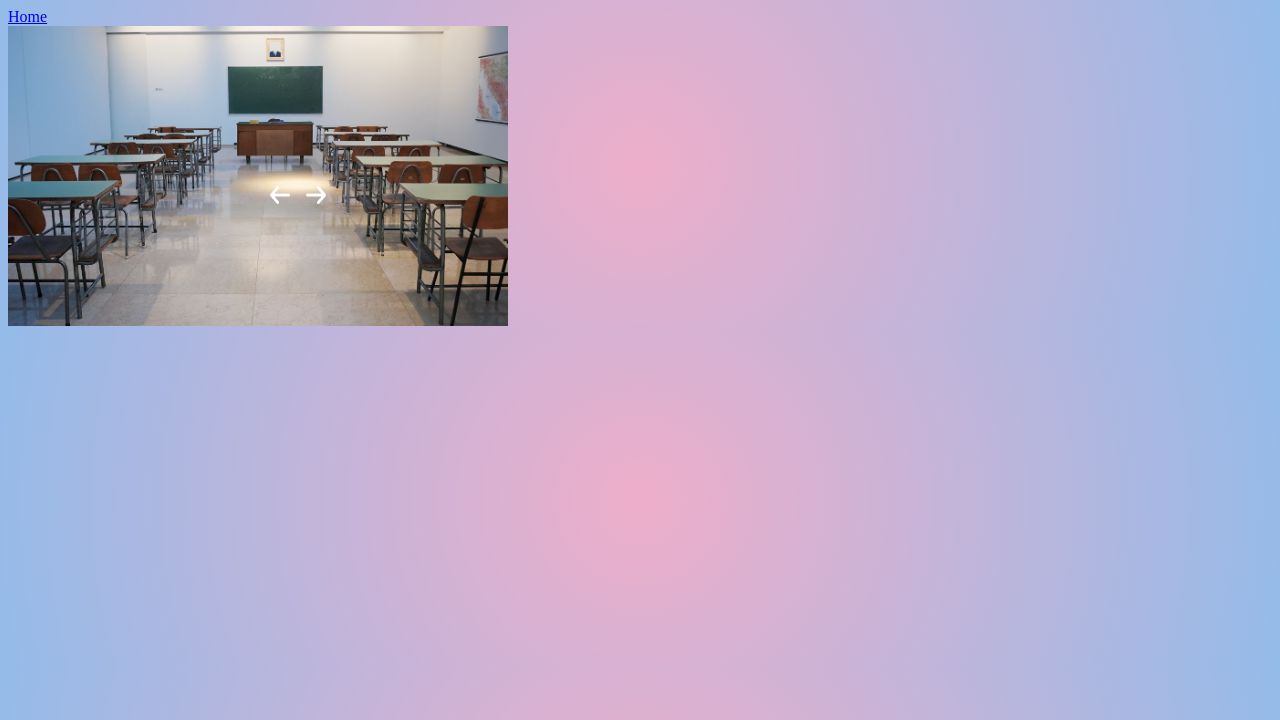
Repository: juliet-jskim/week-8-useEffect-carousel
Page: /carouselPage
These files come from the project's save history. The page is drawn as it stood at one moment and after the next save; the edit follows.
The browser window is 1280 px wide. The pictures show the whole page.
The project was rebuilt for these pictures with package versions that can differ from the ones it lists, and the page was loaded fresh each time. The framework's server and built-in components were replaced by stand-ins that run in the browser. Also part of the build but not shown: next.config.js, styles/CarouselPage.module.css.

Above is the page before, as saved 2023-02-20 23:35:13.

### pages/carouselPage.js
import Link from "next/link"
import Carousel from "@/components/carousel"
import styles from "@/styles/CarouselPage.module.css"

export default function CarouselPage() {
    return (
        <>
        <Link href="/">Home</Link>
        <Carousel/>
        </>
    )
}

### styles/globals.css
:root {
  /** add colors you want to add to all the pages here**/
  background: rgb(238,174,202);
  background: radial-gradient(circle, rgba(238,174,202,1) 0%, rgba(148,187,233,1) 100%);

}

### components/carousel/index.js
import Image from "next/image"
import { useState } from "react"
import styles from '@/components/carousel/Carousel.module.css'

export default function Carousel() {
    const[img, setImg] = useState(0);

    const changeImage = (change) => {
        if(change == "backward") {
            setImg(img - 1);

            if (img == 0) {
                setImg(5); //this will go back to the last image, into a "loop"
            }
            console.log(img);
        } else if (change =="forward") {
            setImg(img + 1);

            if (img == 5) {
                setImg(0) //will go back to the first image into a "loop"
            }
             console.log(img);
        }
    }

    return(
    <>
        <div style={{
                        backgroundImage:"url(/carousel-images/" + img + ".jpg)", // concatenate method
                        backgroundSize:'cover',
                        backgroundRepeat:"no-repeat",
                        width: 500,
                        height: 300
        }}>
            <div className={styles.arrows}>
            <Image
                src={"/icons/leftArrow.png"}
                alt={"/icons/leftArrow.png"}
                width= {20}
                height= {18}
                onClick={() => changeImage("backward")}
            />

            <Image
                src={"/icons/rightArrow.png"}
                alt={"/icons/rightArrow.png"}
                width= {20}
                height= {18}
                onClick={() => changeImage("forward")}
            />
            </div>

        </div>
    </>
    )
}

### components/carousel/Carousel.module.css
.arrows{
    display: flex;
    flex-direction: row;
    justify-content: center;
    gap: 1rem;
    padding-top: 10rem;
    margin-left: 5rem;
}

Loaded but not shown: pages/_app.js (common file); pages/_document.js (common file)

After the next save:
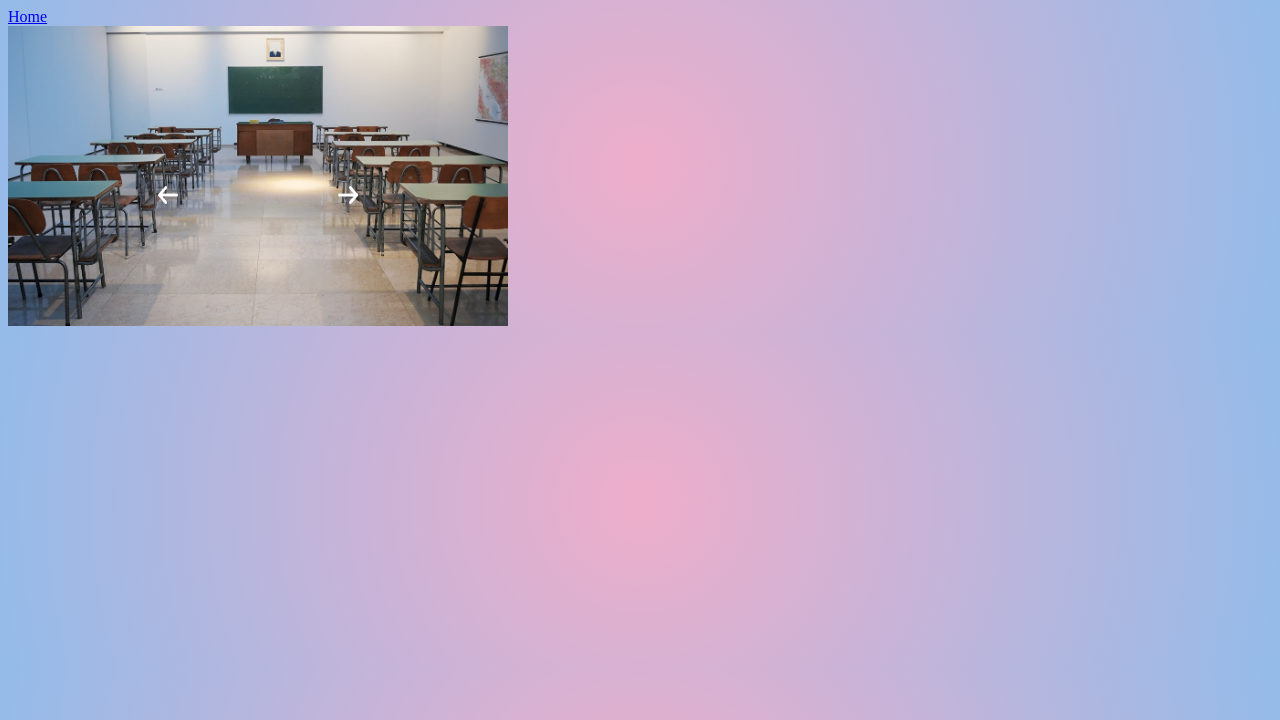
Saved 13 s later.
--- a/components/carousel/Carousel.module.css
+++ b/components/carousel/Carousel.module.css
@@ -2,7 +2,7 @@
     display: flex;
     flex-direction: row;
     justify-content: center;
-    gap: 1rem;
+    gap: 10rem;
     padding-top: 10rem;
-    margin-left: 5rem;
+
 }
